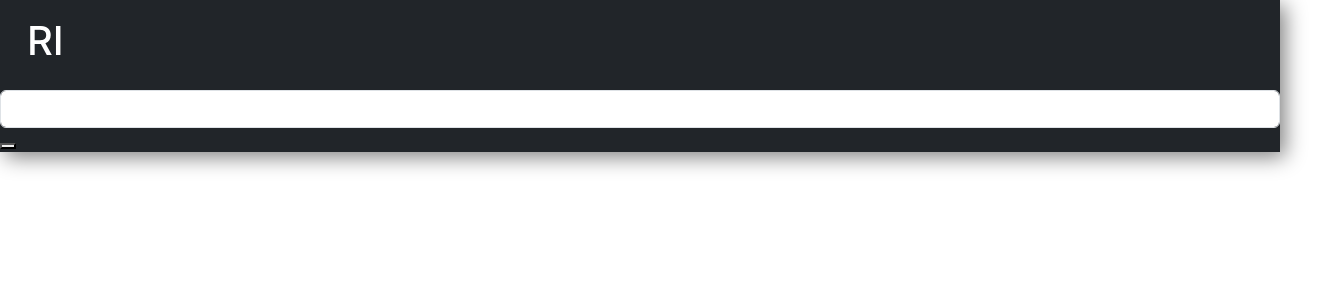
Repository: KodandaraoChellapilli/e-store
Page: /
The author's editor kept a copy of each file at every save. The page is drawn from the files as they stood at one save, then again after the next save.
The browser window is 1280 px wide. The page is 1318 px wide, so the pictures cover 1318 px, including what lies to the right of the window. The pictures show the whole page.
The project was rebuilt for these pictures with package versions that can differ from the ones it lists, and the page was loaded fresh each time.

Above is the page before, as saved 2025-06-04 12:18:05.

### public/index.html
<!DOCTYPE html>
<html lang="en">
  <head>
    <meta charset="utf-8" />
    <link rel="icon" href="%PUBLIC_URL%/favicon.ico" />
    <meta name="viewport" content="width=device-width, initial-scale=1" />
    <meta name="theme-color" content="#000000" />
    <meta
      name="description"
      content="Web site created using create-react-app"
    />
    <link rel="apple-touch-icon" href="%PUBLIC_URL%/logo192.png" />
    <!--
      manifest.json provides metadata used when your web app is installed on a
      user's mobile device or desktop. See https://developers.google.com/web/fundamentals/web-app-manifest/
    -->
    <link rel="manifest" href="%PUBLIC_URL%/manifest.json" />

    <link rel="stylesheet"   href="https://cdnjs.cloudflare.com/ajax/libs/font-awesome/6.7.2/css/all.min.css"/>


    <link href="https://cdn.jsdelivr.net/npm/bootstrap@5.3.6/dist/css/bootstrap.min.css" rel="stylesheet" integrity="sha384-4Q6Gf2aSP4eDXB8Miphtr37CMZZQ5oXLH2yaXMJ2w8e2ZtHTl7GptT4jmndRuHDT" crossorigin="anonymous">
    <!--
      Notice the use of %PUBLIC_URL% in the tags above.
      It will be replaced with the URL of the `public` folder during the build.
      Only files inside the `public` folder can be referenced from the HTML.

      Unlike "/favicon.ico" or "favicon.ico", "%PUBLIC_URL%/favicon.ico" will
      work correctly both with client-side routing and a non-root public URL.
      Learn how to configure a non-root public URL by running `npm run build`.
    -->
    <title>React App</title>
  </head>
  <body>
    <noscript>You need to enable JavaScript to run this app.</noscript>
    <div id="root"></div>
    <!--
      This HTML file is a template.
      If you open it directly in the browser, you will see an empty page.

      You can add webfonts, meta tags, or analytics to this file.
      The build step will place the bundled scripts into the <body> tag.

      To begin the development, run `npm start` or `yarn start`.
      To create a production bundle, use `npm run build` or `yarn build`.
    -->
  </body>
</html>

### src/App.js
import logo from './logo.svg';
import './App.css';

function App() {
  return (
    <div className="App">
      <div className='header bg-dark'>
        <div className = 'row'>
          <div className='brand my-1'>
            <h1>RI</h1>
          </div>

          <div className='inp-container'>
            <input className= 'form-control' />
            <button></button>

          </div>

        </div>

      </div>

    </div>
  );
}

export default App;

### src/App.css
.header{
  max-width: 100%;
  box-shadow: 5px 5px 20px gray;
}

.brand{
  color:white;
  margin-left: 2%;
  padding: 0.8em;
}

Loaded but not shown: src/index.js (common file); src/index.css (common file); src/reportWebVitals.js (common file)

After the next save:
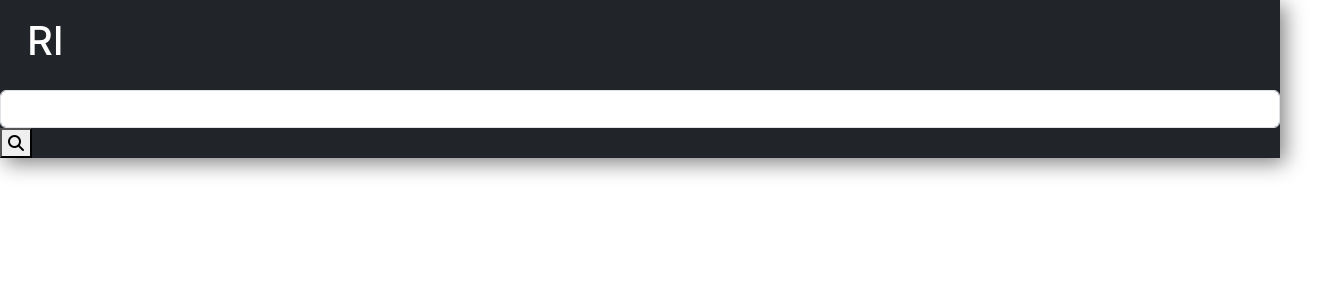
Saved 32 s later.
--- a/src/App.js
+++ b/src/App.js
@@ -12,7 +12,7 @@ function App() {
 
           <div className='inp-container'>
             <input className= 'form-control' />
-            <button></button>
+            <button><i className='fa fa-search'/></button>
 
           </div>
 
